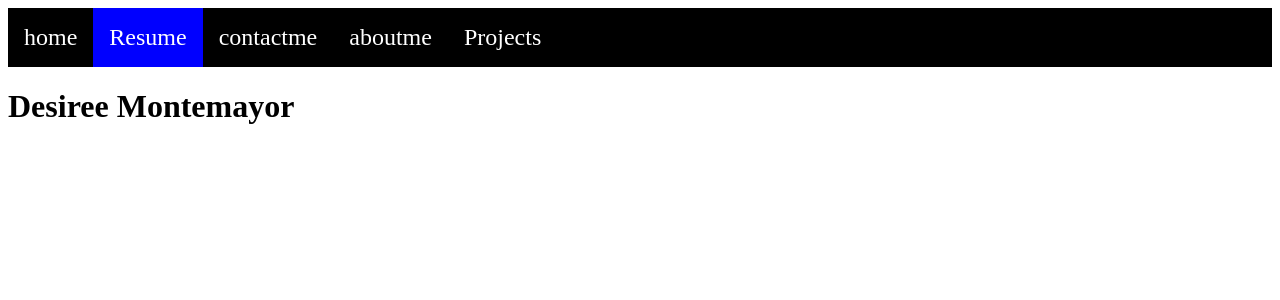
Repository: Dez2020/Dez2020.github.io
Page: aboutme.html
The author's editor kept a record of every edit. The page is drawn from the files as they stood at one moment, then again after the next edit.
The browser window is 1280 px wide. The pictures show the whole page.

Above is the page before.

After the next edit:
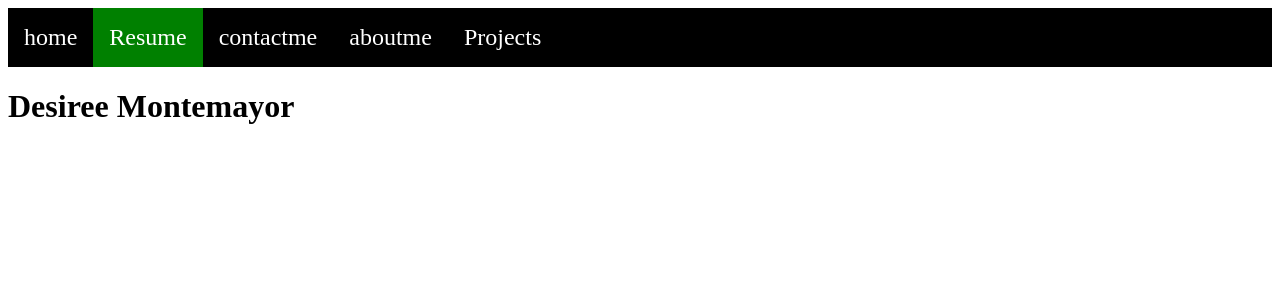
The edit:
--- a/style.css
+++ b/style.css
@@ -40,5 +40,5 @@
       }
 
       .active{
-          background-color: blue;
+          background-color: green;
       }
